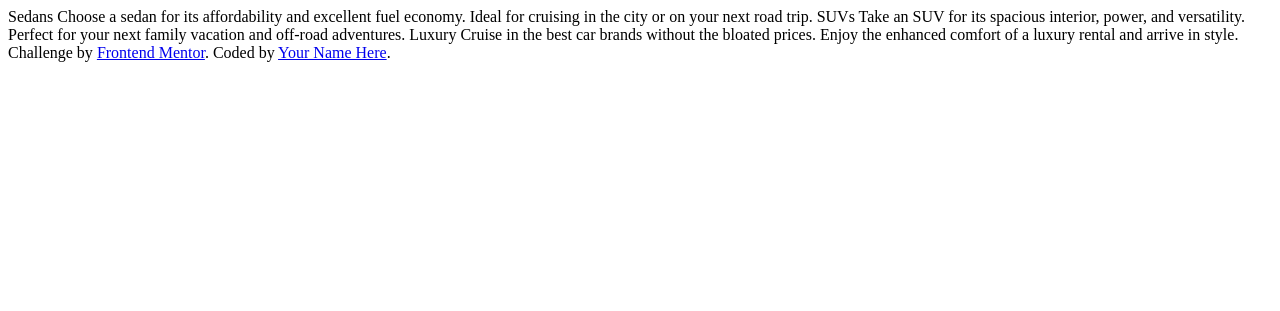
Repository: PratypartyY2K/frontendmentor-challenges
Page: 3-column-card/index.html
These files come from the project's save history. The page is drawn as it stood at one moment and after the next save; the edit follows.
The browser window is 1280 px wide. The pictures show the whole page.

Above is the page before, as saved 2021-07-14 10:54:52.

After the next save:
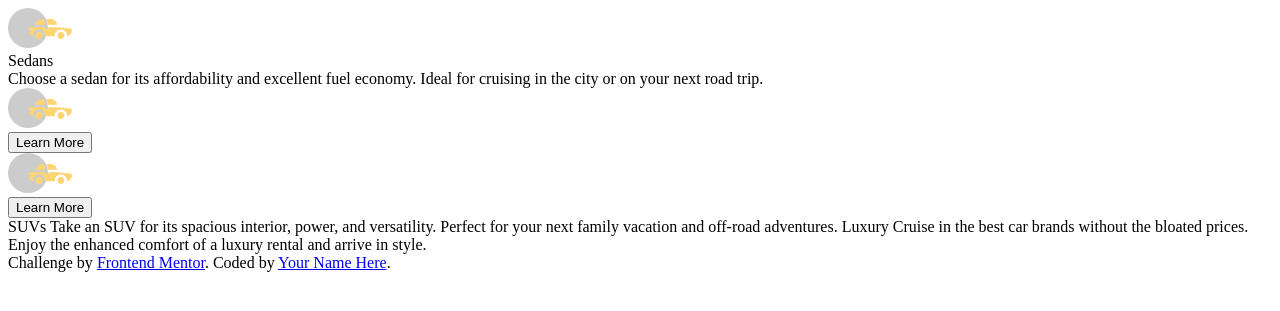
Saved 6 min 6 s later.
--- a/3-column-card/index.html
+++ b/3-column-card/index.html
@@ -1,39 +1,70 @@
 <!DOCTYPE html>
 <html lang="en">
-<head>
-  <meta charset="UTF-8">
-  <meta name="viewport" content="width=device-width, initial-scale=1.0"> <!-- displays site properly based on user's device -->
+  <head>
+    <meta charset="UTF-8" />
+    <meta name="viewport" content="width=device-width, initial-scale=1.0" />
+    <!-- displays site properly based on user's device -->
 
-  <link rel="icon" type="image/png" sizes="32x32" href="./images/favicon-32x32.png">
+    <link
+      rel="icon"
+      type="image/png"
+      sizes="32x32"
+      href="./images/favicon-32x32.png"
+    />
 
-  <!--font-->
-  <link rel="preconnect" href="https://fonts.googleapis.com">
-  <link rel="preconnect" href="https://fonts.gstatic.com" crossorigin>
-  <link href="https://fonts.googleapis.com/css2?family=Big+Shoulders+Display:wght@700&display=swap" rel="stylesheet">
-  <link href="https://fonts.googleapis.com/css2?family=Inter:wght@400;700&display=swap" rel="stylesheet">
+    <!--font-->
+    <link rel="preconnect" href="https://fonts.googleapis.com" />
+    <link rel="preconnect" href="https://fonts.gstatic.com" crossorigin />
+    <link
+      href="https://fonts.googleapis.com/css2?family=Big+Shoulders+Display:wght@700&display=swap"
+      rel="stylesheet"
+    />
+    <link
+      href="https://fonts.googleapis.com/css2?family=Inter:wght@400;700&display=swap"
+      rel="stylesheet"
+    />
 
-  <title>Frontend Mentor | 3-column preview card component</title>
+    <title>Frontend Mentor | 3-column preview card component</title>
 
-  <link rel="stylesheet" href="style.css">
+    <link rel="stylesheet" href="style.css" />
+  </head>
+  <body>
+    <div class="card-wrapper">
+      <div class="col-1">
+        <img src="images/icon-sedans.svg" class="icon">
+        <div class="heading">
+          Sedans
+        </div>
+        <div class="card-content">
+          Choose a sedan for its affordability and excellent fuel economy.
+    Ideal for cruising in the city or on your next road trip.
+        </div>
 
-</head>
-<body>
+      </div>
+      <div class="col-2">
+        <img src="images/icon-sedans.svg" class="icon">
+        <div class="heading"></div>
+        <div class="card-content"></div>
+        <button class="btn">Learn More</button>
+      </div>
+      <div class="col-3">
+        <img src="images/icon-sedans.svg" class="icon">
+        <div class="heading"></div>
+        <div class="card-content"></div>
+        <button class="btn">Learn More</button>
+      </div>
+    </div>
+      SUVs Take an SUV
+    for its spacious interior, power, and versatility. Perfect for your next
+    family vacation and off-road adventures. Luxury Cruise in the best car
+    brands without the bloated prices. Enjoy the enhanced comfort of a luxury
+    rental and arrive in style.
 
-  Sedans
-  Choose a sedan for its affordability and excellent fuel economy. Ideal for cruising in the city
-  or on your next road trip.
-
-  SUVs
-  Take an SUV for its spacious interior, power, and versatility. Perfect for your next family vacation
-  and off-road adventures.
-
-  Luxury
-  Cruise in the best car brands without the bloated prices. Enjoy the enhanced comfort of a luxury
-  rental and arrive in style.
-
-  <div class="attribution">
-    Challenge by <a href="https://www.frontendmentor.io?ref=challenge" target="_blank">Frontend Mentor</a>.
-    Coded by <a href="#">Your Name Here</a>.
-  </div>
-</body>
+    <div class="attribution">
+      Challenge by
+      <a href="https://www.frontendmentor.io?ref=challenge" target="_blank"
+        >Frontend Mentor</a
+      >. Coded by <a href="#">Your Name Here</a>.
+    </div>
+  </body>
 </html>
